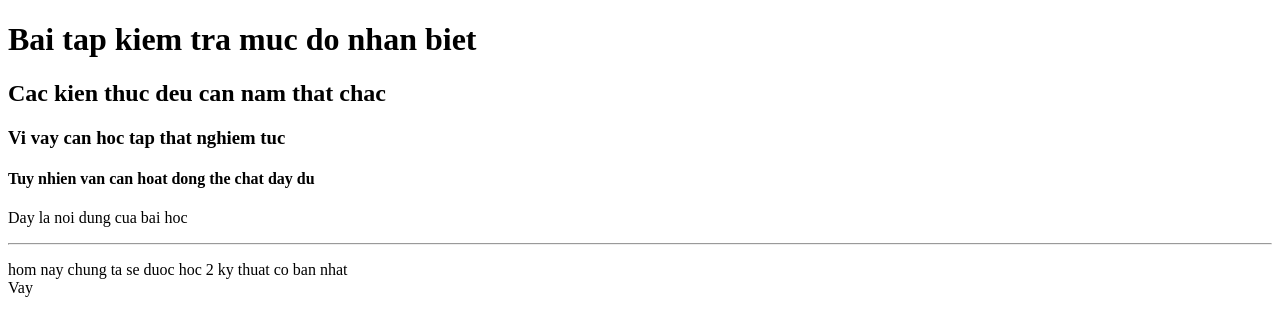
Repository: bachphamudu/my-tech-docs
Page: index.html
The author's editor kept a copy of each file at every save. The page is drawn from the files as they stood at one save, then again after a run of saves.
The browser window is 1280 px wide. The pictures show the whole page.

Above is the page before, as saved 2026-10-17 09:11:16.

After the next 2 saves:
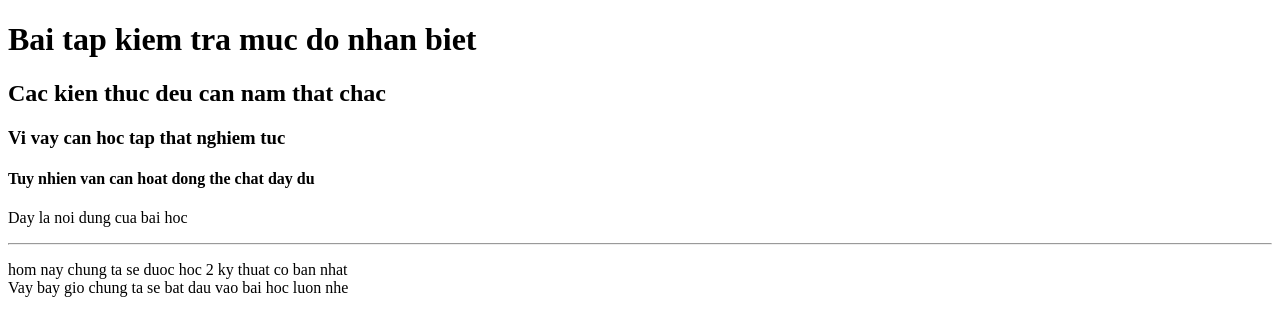
The 2 saves are shown as one change because they came seconds apart.
The last was saved 13 s later.
--- a/index.html
+++ b/index.html
@@ -13,6 +13,7 @@
     <p>Day la noi dung cua bai hoc</p>
     <hr>
     <p>hom nay chung ta se duoc hoc 2 ky thuat co ban nhat <br>
-    Vay </p>
+    Vay bay gio chung ta se bat dau vao bai hoc luon nhe</p>
+
 </body>
 </html>
